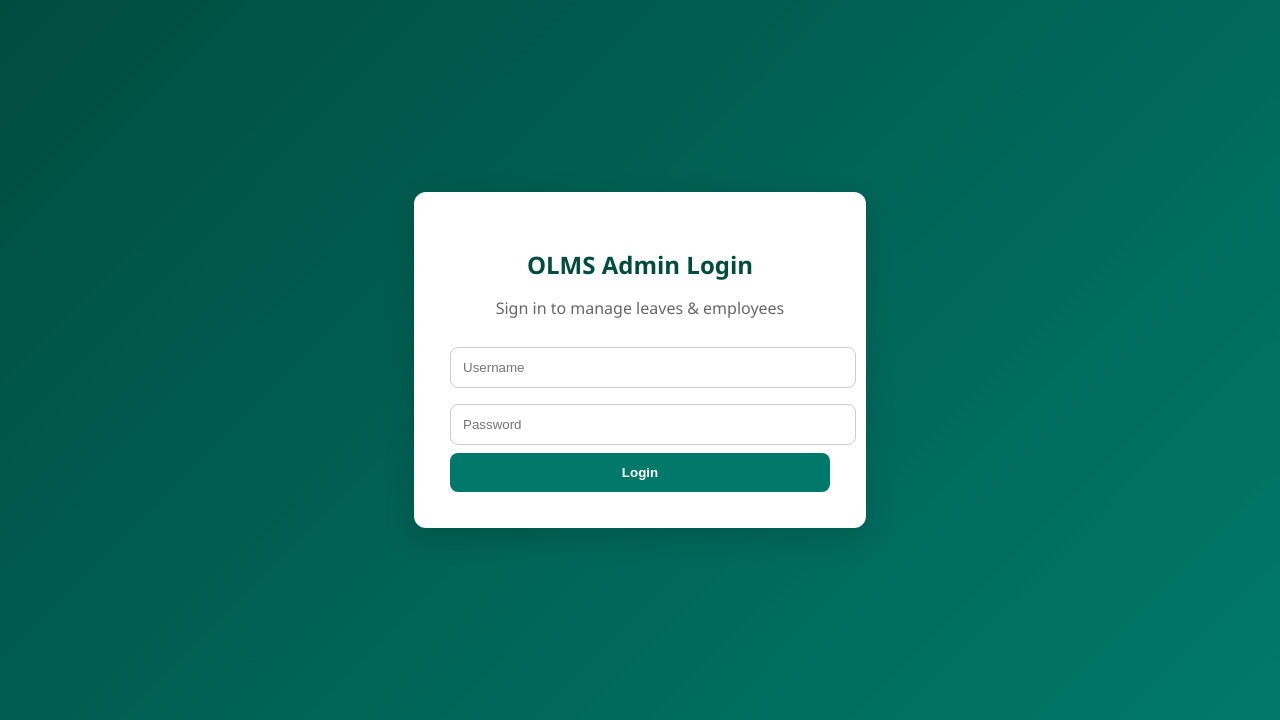
Repository: Udhaya143/Online_Leave_Management_System
Page: http://localhost/admin/index.php
The author's editor kept a copy of each file at every save. The page is drawn from the files as they stood at one save, then again after the next save.
The browser window is 1280 px wide. The pictures show the whole page.
The page is run by PHP 8.4 with error messages shown; the project is at /var/www/html/.

Above is the page before, as saved 2025-11-09 23:29:58.

After the next save:
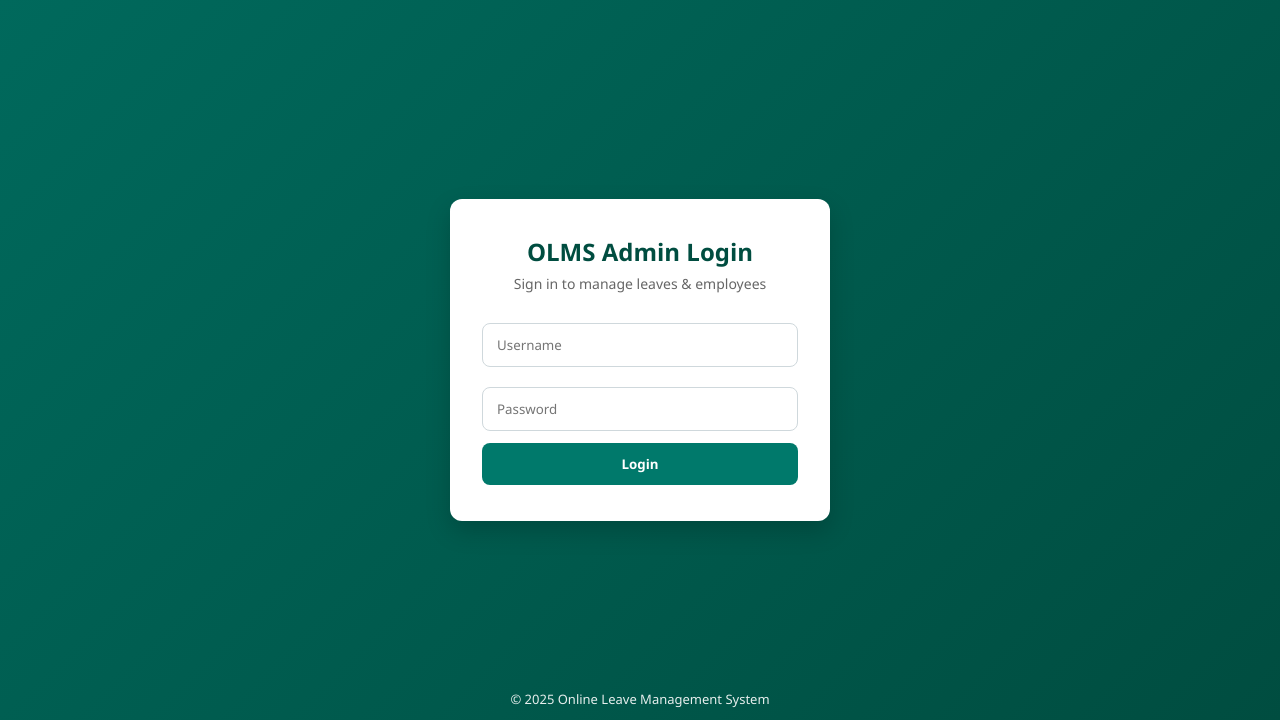
Saved 7 min 11 s later.
--- a/admin/index.php
+++ b/admin/index.php
@@ -1,35 +1,86 @@
 <?php
 session_start();
 include('../includes/config.php');
-if(isset($_POST['login'])) {
+
+if (isset($_POST['login'])) {
     $uname = trim($_POST['username']);
     $password = md5($_POST['password']);
+
     $sql = "SELECT id FROM admin WHERE UserName=:uname AND Password=:password LIMIT 1";
     $q = $dbh->prepare($sql);
     $q->bindParam(':uname', $uname, PDO::PARAM_STR);
     $q->bindParam(':password', $password, PDO::PARAM_STR);
     $q->execute();
-    if($q->rowCount() > 0) {
+
+    if ($q->rowCount() > 0) {
         $_SESSION['alogin'] = $uname;
-        header('Location: dashboard.php'); exit();
-    } else { $error = "Invalid username or password."; }
+        header('Location: dashboard.php');
+        exit();
+    } else {
+        $error = "❌ Invalid username or password";
+    }
 }
-?><!doctype html>
-<html><head><meta charset="utf-8"><meta name="viewport" content="width=device-width,initial-scale=1">
+?>
+<!DOCTYPE html>
+<html lang="en">
+<head>
+<meta charset="UTF-8">
+<meta name="viewport" content="width=device-width, initial-scale=1.0">
 <title>Admin Login | OLMS</title>
 <style>
-body{margin:0;font-family:Segoe UI,Arial;background:linear-gradient(135deg,#004d40,#00796b);display:flex;align-items:center;justify-content:center;height:100vh}
-.card{width:380px;background:#fff;padding:36px;border-radius:12px;box-shadow:0 10px 30px rgba(0,0,0,.15);text-align:center}
-h2{color:#004d40;margin-bottom:6px}p.sub{color:#666;margin-bottom:20px}
-input{width:100%;padding:12px;margin:8px 0;border:1px solid #ccc;border-radius:8px}
-button{width:100%;padding:12px;border:0;border-radius:8px;background:#00796b;color:#fff;font-weight:600;cursor:pointer}
-.msg{padding:10px;border-radius:8px;margin-bottom:10px}.error{background:#ffebee;color:#c62828}
-</style></head><body>
-<div class="card">
-<h2>OLMS Admin Login</h2><p class="sub">Sign in to manage leaves & employees</p>
-<?php if(!empty($error)){ echo "<div class='msg error'>".htmlentities($error)."</div>"; } ?>
-<form method="post">
-<input type="text" name="username" placeholder="Username" required autocomplete="off">
-<input type="password" name="password" placeholder="Password" required autocomplete="off">
-<button type="submit" name="login">Login</button>
-</form></div></body></html>
+  *{box-sizing:border-box;margin:0;padding:0;font-family:"Segoe UI",Arial,sans-serif}
+  body{
+    min-height:100vh;
+    background:linear-gradient(135deg,#00695c,#004d40);
+    display:flex;
+    align-items:center;
+    justify-content:center;
+  }
+  .card{
+    width:100%;
+    max-width:380px;
+    background:#fff;
+    border-radius:12px;
+    padding:36px 32px;
+    box-shadow:0 10px 25px rgba(0,0,0,.18);
+    text-align:center;
+    animation:fadeIn .6s ease;
+  }
+  @keyframes fadeIn{from{opacity:0;transform:translateY(16px)}to{opacity:1;transform:translateY(0)}}
+  h2{color:#004d40;margin-bottom:6px}
+  p.sub{color:#666;margin-bottom:22px;font-size:14px}
+  input{
+    width:100%;padding:12px 14px;margin:8px 0 12px;
+    border:1px solid #cfd8dc;border-radius:8px;outline:none;transition:.25s;
+  }
+  input:focus{border-color:#00796b;box-shadow:0 0 0 3px rgba(0,121,107,.12)}
+  button{
+    width:100%;padding:12px;border:none;border-radius:8px;
+    background:#00796b;color:#fff;font-weight:600;cursor:pointer;transition:.25s
+  }
+  button:hover{background:#00695c}
+  .error{
+    background:#ffebee;color:#b71c1c;border-radius:8px;padding:10px;margin-bottom:12px;font-size:14px
+  }
+  footer{
+    position:fixed;bottom:12px;width:100%;text-align:center;color:#fff;opacity:.9;font-size:13px
+  }
+</style>
+</head>
+<body>
+  <div class="card">
+    <h2>OLMS Admin Login</h2>
+    <p class="sub">Sign in to manage leaves & employees</p>
+
+    <?php if (!empty($error)) echo "<div class='error'>$error</div>"; ?>
+
+    <form method="post" autocomplete="off">
+      <input type="text" name="username" placeholder="Username" required>
+      <input type="password" name="password" placeholder="Password" required>
+      <button type="submit" name="login">Login</button>
+    </form>
+  </div>
+
+  <footer>© <?php echo date('Y'); ?> Online Leave Management System</footer>
+</body>
+</html>
